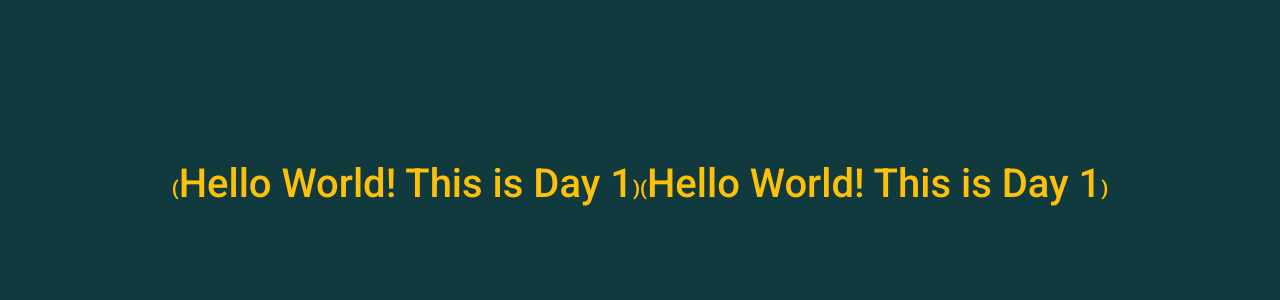
Repository: VickyJacob23/100DaysOfCoding
Page: day1/index.html
These files come from the project's save history. The page is drawn as it stood at one moment and after the next save; the edit follows.
The browser window is 1280 px wide. The pictures show the whole page.

Above is the page before, as saved 2024-08-14 12:48:40.

### day1/index.html
<!DOCTYPE html>
<html lang="en">
  <head>
    <meta charset="UTF-8" />
    <meta name="viewport" content="width=device-width, initial-scale=1.0" />
    <link
      href="https://cdn.jsdelivr.net/npm/bootstrap@5.0.2/dist/css/bootstrap.min.css"
      rel="stylesheet"
      integrity="sha384-EVSTQN3/azprG1Anm3QDgpJLIm9Nao0Yz1ztcQTwFspd3yD65VohhpuuCOmLASjC"
      crossorigin="anonymous"
    />
    <link rel="stylesheet" href="style.css" />
    <title>Day 1</title>
  </head>
  <body class="fw-bold text-warning fs-5">
    <script src="script.js"></script>
  </body>
</html>

### day1/style.css
@import url("https://fonts.googleapis.com/css2?family=Roboto:ital,wght@0,100;0,300;0,400;0,500;0,700;0,900;1,100;1,300;1,400;1,500;1,700;1,900&display=swap");

body {
  font-family: "Roboto", sans-serif;
  background-color: #113a3f;
  display: flex;
  justify-content: center;
  align-items: center;
  margin: 8em auto;
}

### day1/script.js
let firstCode = "(<h1>Hello World! This is Day 1</h1>)";
document.write(firstCode); // how to use HTML tags in JS

let name = "Hello Victoria Welcome to Day 1 of 100 days coding Challenge";
document.write(firstCode); // display on the user interface

console.log(firstCode); // display in the console output

After the next save:
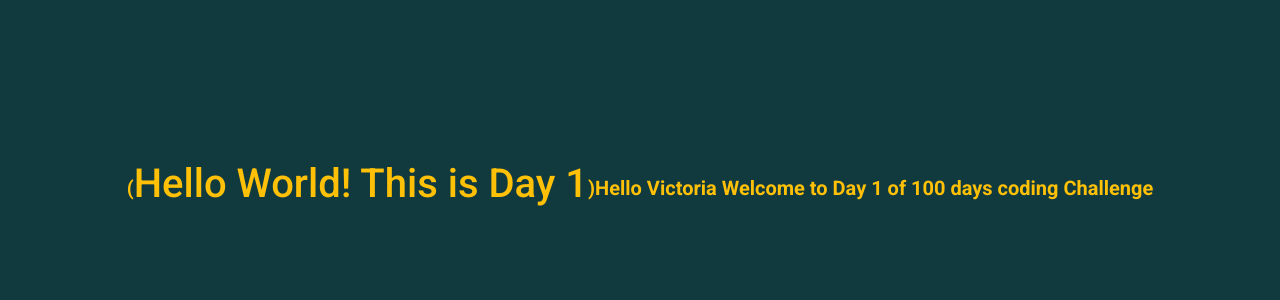
Saved 50 s later.
--- a/day1/script.js
+++ b/day1/script.js
@@ -2,6 +2,6 @@ let firstCode = "(<h1>Hello World! This is Day 1</h1>)";
 document.write(firstCode); // how to use HTML tags in JS
 
 let name = "Hello Victoria Welcome to Day 1 of 100 days coding Challenge";
-document.write(firstCode); // display on the user interface
+document.write(name); // display on the user interface
 
-console.log(firstCode); // display in the console output
+console.log(name); // display in the console output
